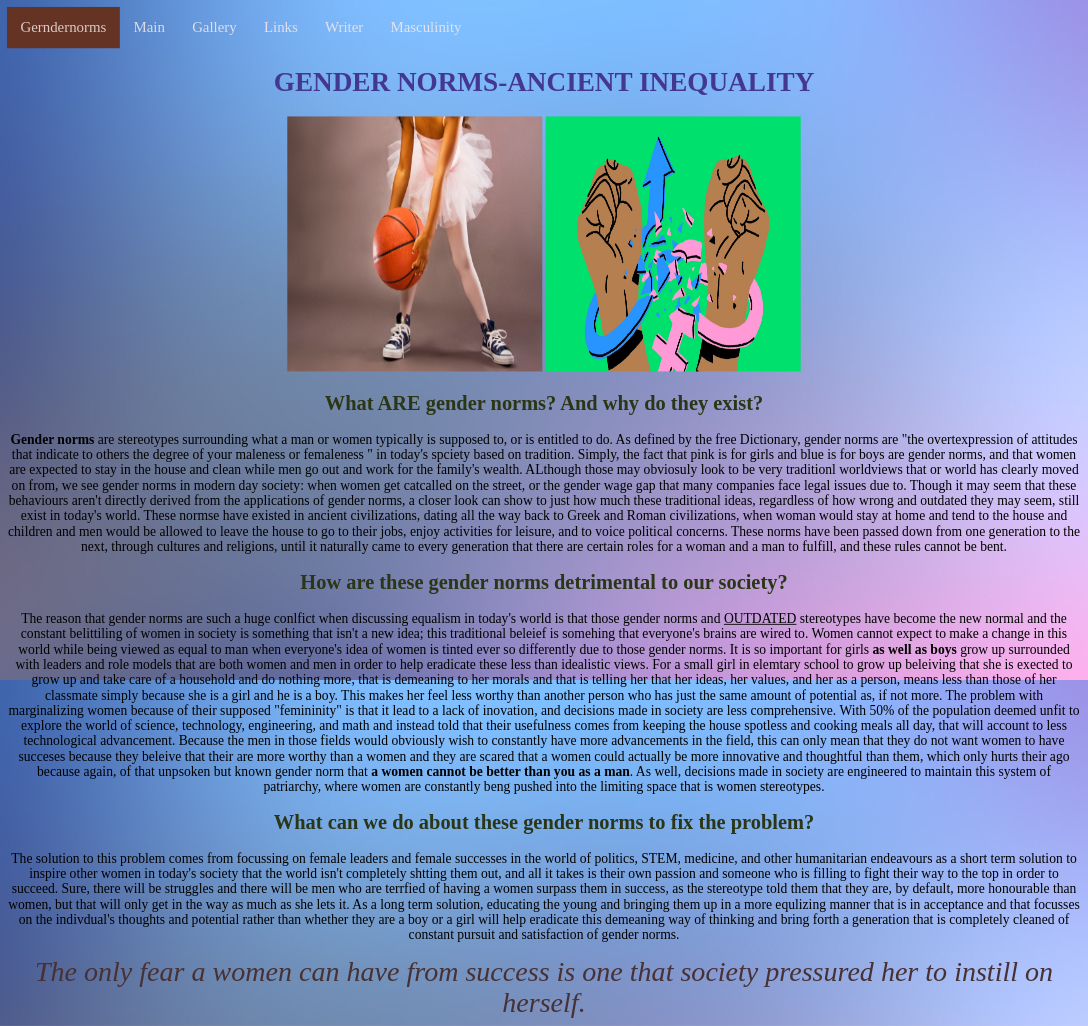
Repository: Lujaina-E/womens-rights-site
Page: gendernorms.html
The author's editor kept a copy of each file at every save. The page is drawn from the files as they stood at one save, then again after the next save.
The browser window is 1280 px wide. The pictures show the whole page, at 85% of full size.
Backgrounds fixed to the window are drawn as part of the page.

Above is the page before, as saved 2022-07-26 00:09:46.

After the next save:
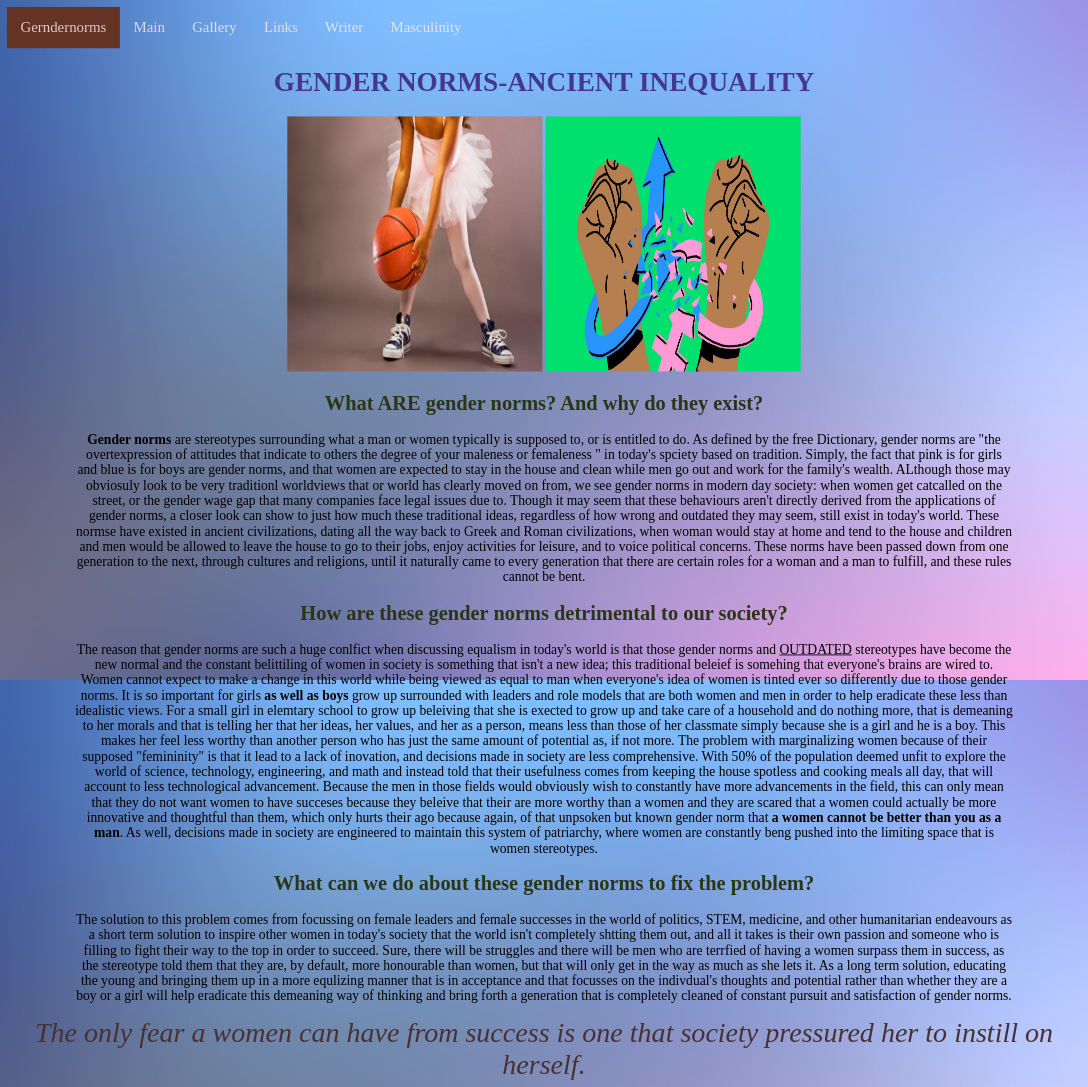
Saved 35 s later.
--- a/gendernormsStyle.css
+++ b/gendernormsStyle.css
@@ -24,10 +24,14 @@ body {
     margin-right: 5em;
 }
 
+body > p{
+  margin-left: 5em;
+  margin-right: 5em;
+}
+
 body > i{
     font-size: 33px;
     color: rgb(71, 49, 52);
-
 
 }
 
